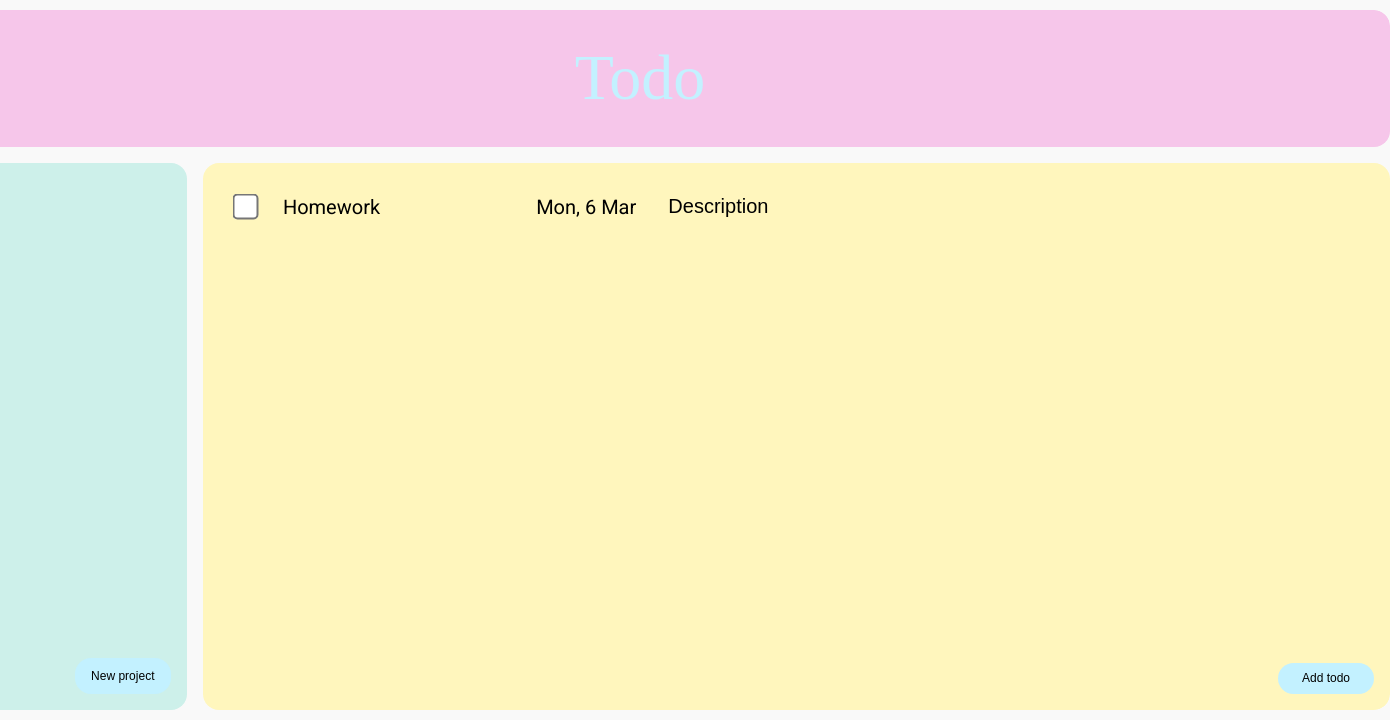
Repository: yeetzpxoci/todo-list
Page: dist/index.html
An editor plug-in stored every save of this project. The page is shown before and after the next save, followed by the edit.
The browser window is 1280 px wide. The page is 1390 px wide, so the pictures cover 1390 px, including what lies to the right of the window. The pictures show the whole page.
Some web fonts or font styles are not loaded; a fallback is used.

Above is the page before, as saved 2023-03-07 20:40:39.
Console error: ReferenceError: projectNameSubmit is not defined

### dist/index.html
<!DOCTYPE html>
<html lang="en">
<head>
    <meta charset="UTF-8">
    <meta http-equiv="X-UA-Compatible" content="IE=edge">
    <meta name="viewport" content="width=device-width, initial-scale=1.0">
    <title>Todo List</title>
    <link rel="stylesheet" href="styles.css">
    <link rel="preconnect" href="https://fonts.googleapis.com">
    <link rel="preconnect" href="https://fonts.gstatic.com" crossorigin>
    <link href="https://fonts.googleapis.com/css2?family=Tilt+Warp&display=swap" rel="stylesheet">
    <link href="https://fonts.googleapis.com/css2?family=Roboto&family=Tilt+Warp&display=swap" rel="stylesheet">
</head>
<body>

<script src="main.js"></script>
</body>
</html>

### dist/styles.css
body, html {
    margin:0;
    padding: 0;
}

body {
    min-height: 100vh;
    display: flex;
    flex-direction: column;
    justify-content: center;
    align-items: center;
    font-family: 'Roboto';
    background-color: #F9F9F9;
}

p {
    margin: 0;
    padding: 0;
}

#content {
    width: 1500px;
    height: 700px;
    display: grid;
    grid-template-columns: 1fr 4fr;
    grid-template-rows: 1fr 4fr;
    background-color: #F9F9F9;
    z-index: 0;
    overflow: hidden;
    border-radius: 16px;
    gap: 16px;
}

#header {
    display: flex;
    justify-content: center;
    align-items: center;
    background-color: #F6C6EA;
    font-size: 64px;
    font-family: 'Tilt Warp', cursive;
    grid-column: 1 / 3;
    grid-row: 1 / 2;
    z-index: 1;
    border-radius: 16px;
}

#header p {
    margin: 24px;
    padding: 0;
    color: #c3f1ff;
}

#sidebar {
    display: flex;
    flex-direction: column;
    background-color: #CDF0EA;
    grid-column: 1 / 2;
    grid-row: 2 / 3;
    z-index: -1;
    border-radius: 16px;
}

#projects-div {
    display: flex;
    flex-direction: column;
    width: 100%;
}

#add-project {
    align-self: flex-end;
    border-radius: 16px;
    border-width: 0;
    height: 36px;
    width: 96px;
    font-size: 12px;
    margin-top: auto;
    margin-right: 16px;
    margin-bottom: 16px;
    background-color: #c3f1ff;
    cursor: pointer;
}

#add-todo {
    align-self: flex-end;
    border-radius: 16px;
    border-width: 0;
    height: 36px;
    width: 96px;
    font-size: 12px;
    margin-top: auto;
    margin-bottom: 16px;
    margin-right: 16px;
    background-color: #c3f1ff;
    cursor: pointer;
}

.project-name {
    font-size: 32px;
    font-weight: bold;
    cursor: pointer;
    margin: 0;
    padding: 0;
}

.project-div {
    display: flex;
    justify-content: space-between;
    align-items: center;
    padding: 16px;
}

.project-remove-button {
    background-color: transparent;
    border-radius: 8px;
    border-width: 0px;
    font-weight: bold;
    font-size: 32px;
    cursor: pointer;
}

#todos-wrapper {
    display: flex;
    flex-direction: column;
    gap: 16px;
    background-color: #FFF6BD;
    border-radius: 16px;
}

#todos {
    height: 100%;
    display: grid;
    grid-template-columns: 1fr 1fr;
    grid-auto-rows: 20%;
    column-gap: 16px;
    padding-left: 16px;
    padding-right: 16px;
    margin-top: 16px;
    overflow: scroll;
}

.todo, .todo-high, .todo-medium, .todo-low {
    display: flex;
    justify-content: space-between;
    align-items: center;
    height: 60%;
    border-radius: 16px;
    padding-left: 16px;
    padding-right: 16px;
    font-size: 20px;
}

.todo-high {
    background-color: #FFCBCB;
}

.todo-medium {
    background-color: #FFFDDE;
}

.todo-low {
    background-color: #E7FBBE;
}

.due {
    padding-left: 128px;
}

.checkbox {
    transform: scale(2);
}

.description {
    background-color: #caf1ff;
    border-radius: 16px;
    border-width: 0px;
    font-size: 20px;
    padding: 4px;
    cursor: pointer;
    background-color: transparent;
}

#description-div {
    display: none;
    flex-direction: column;
    flex-wrap: wrap;
    background-color: #F9F9F9;
    width: 25%;
    height: 40%;
    border-radius: 16px;
    padding: 16px;
    position: absolute;
    margin-left: auto;
    margin-right: auto;
    left: 0;
    right: 0;
    z-index: 2;
    box-shadow: 0 0 0 1600px rgba(0, 0, 0, 0.65);
}

#description-text {
    justify-content: baseline;
}

#close-button {
    margin-top: -8px;
    margin-right: -8px;
    font-weight: bold;
    width: 24px;
    height: 24px;
    align-self: flex-end;
    background-color: transparent;
    border: transparent;
    cursor: pointer;
}

#new-project-form {
    display: none;
    flex-direction: column;
    align-items: center;
    gap: 8px;
    flex-wrap: wrap;
    background-color: #F9F9F9;
    width: 20%;
    height: 10%;
    border-radius: 16px;
    padding: 16px;
    position: absolute;
    margin-left: auto;
    margin-right: auto;
    left: 0;
    right: 0;
    top: 256px;
    z-index: 2;
    box-shadow: 0 0 0 1600px rgba(0, 0, 0, 0.65);
}

#new-todo-form {
    display: none;
    flex-direction: column;
    align-items: center;
    gap: 8px;
    flex-wrap: wrap;
    background-color: #F9F9F9;
    width: 20%;
    height: 20%;
    border-radius: 16px;
    padding: 16px;
    position: absolute;
    margin-left: auto;
    margin-right: auto;
    left: 0;
    right: 0;
    top: 256px;
    z-index: 2;
    box-shadow: 0 0 0 1600px rgba(0, 0, 0, 0.65);
}

### dist/main.js
(()=>{"use strict";let e=[];function t(e){return{name:e,todos:[]}}let n=t("Default");function o(){for(let e=0;e<projects.length;e++){const t=document.createElement("p");t.className="project-name",t.innerHTML=projects[e].name,sidebarDiv.append(t)}}function c(){sidebarDiv.innerHTML=""}n.todos.push({title:"Homework",description:"Networks and Security bTCP Homework",dueDate:"Mon, 6 Mar",priority:"High"}),e.push(n),function(e){const t=document.createElement("div");t.id="content";const n=document.createElement("div");n.id="header";const d=document.createElement("p");d.innerHTML="Todo",n.append(d);const i=document.createElement("div");i.id="sidebar";const a=document.createElement("button");a.id="add-project",a.innerHTML="New project",a.addEventListener("click",(function(){document.getElementById("new-project-form").style.display="flex"})),i.append(a);const s=document.createElement("div");s.id="todos-wrapper";const r=document.createElement("div");r.id="todos";const m=document.createElement("button");m.id="add-todo",m.innerHTML="Add todo",s.append(r,m);const l=document.createElement("button");l.id="close-button",l.innerHTML="X",l.addEventListener("click",(function(){this.parentElement.style.display="none"}));for(let t=0;t<e[0].todos.length;t++){const n=document.createElement("div");n.className="todo";const o=document.createElement("input");o.className="checkbox",o.type="checkbox";const c=document.createElement("p");c.innerHTML=e[0].todos[t].title,c.className="todo-name";const d=document.createElement("p");d.innerHTML=e[0].todos[t].dueDate,d.className="due";const i=document.createElement("p");i.id="description-text",i.innerHTML=e[0].todos[t].description;const a=l.cloneNode(!0);a.addEventListener("click",(function(){this.parentElement.style.display="none"}));const s=document.createElement("div");s.id="description-div",s.append(a,i);const m=document.createElement("button");m.innerHTML="Description",m.className="description",m.addEventListener("click",(function(){this.previousElementSibling.style.display="flex"})),n.append(o,c,d,s,m),r.append(n)}const p=document.createElement("form");p.id="new-project-form",p.onsubmit=function(e){e.preventDefault()};const u=document.createElement("input");u.id="project-name-input",u.type="text",u.placeholder="Project name";const E=document.createElement("input");E.type="submit",E.value="Add project",E.addEventListener("click",(function(){c(),o(),this.parentElement.style.display="none"})),p.append(l,u,E),t.append(n,i,s,p),document.body.appendChild(t)}(e),projectNameSubmit.addEventListener("click",(function(){!function(n){let o=t(document.getElementById("project-name-input").value);e.push(o)}(),sidebarDiv.innerHTML="",function(){for(let t=0;t<e.length;t++){const n=document.createElement("p");n.className="project-name",n.innerHTML=e[t].name,sidebarDiv.append(n)}}(),this.parentElement.style.display="none"}))})();

After the next save:
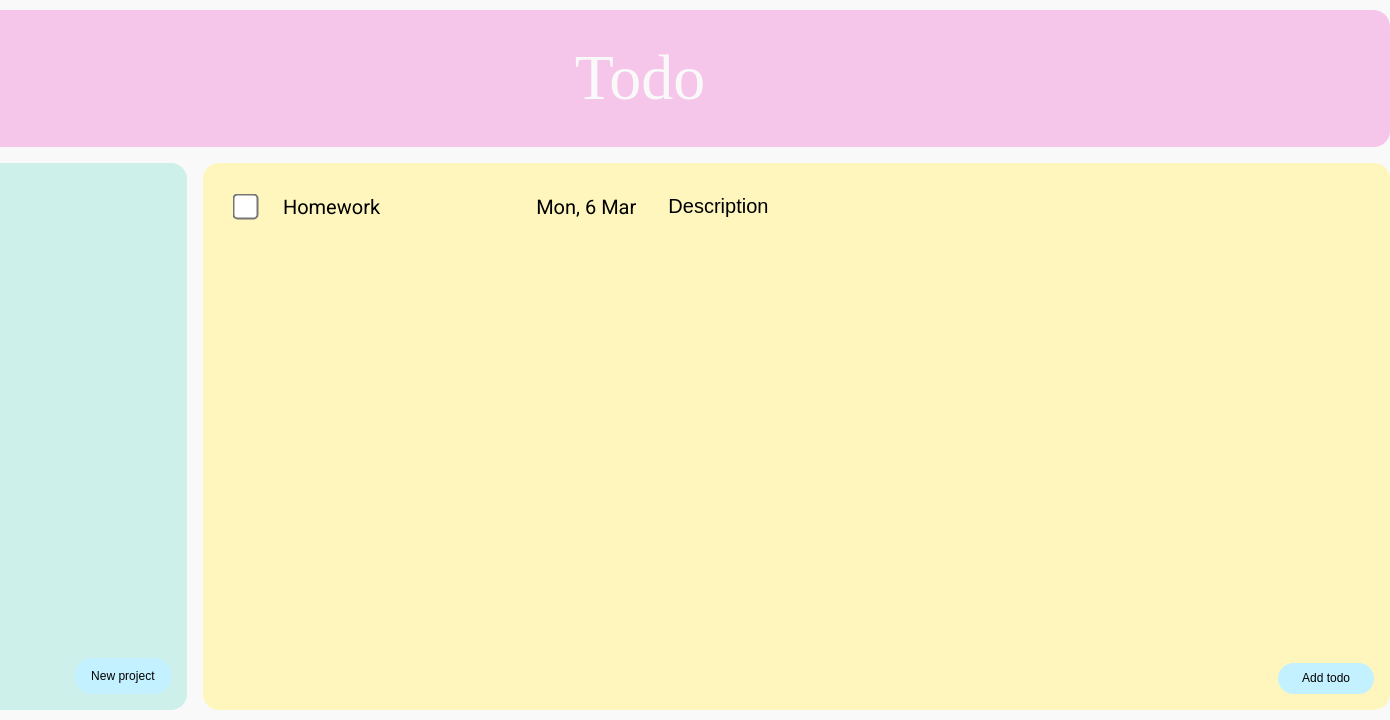
Saved 4 s later.
--- a/dist/styles.css
+++ b/dist/styles.css
@@ -47,7 +47,7 @@ p {
 #header p {
     margin: 24px;
     padding: 0;
-    color: #c3f1ff;
+    color: #F9F9F9;
 }
 
 #sidebar {
